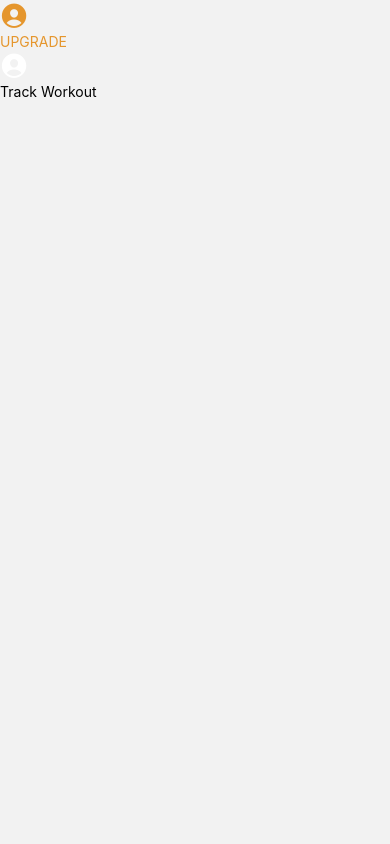
Repository: katjalmarko/React-Native-Fitness-App-with-Subscription
Screen: /
An editor plug-in stored every save of this project. The screen is shown before and after a run of saves, followed by the edit.
Pictures or frames that could not be fetched are drawn as grey boxes. The app was drawn by React Native's web renderer in a window 390 px wide. The project was rebuilt for these pictures with package versions that can differ from the ones it lists, and the page was loaded fresh each time.

Above is the screen before, as saved 2023-05-08 17:57:45.

### App.tsx
import { StatusBar } from 'expo-status-bar';
import { SafeAreaView, Text } from 'react-native';
import { NavigationContainer } from '@react-navigation/native';
import { createNativeStackNavigator } from '@react-navigation/native-stack';
import HomeScreen from './screens/HomeScreen';

const Stack = createNativeStackNavigator();

export default function App() {
  return (
    <NavigationContainer>
      <Stack.Navigator>
        <Stack.Screen
        options={{
          headerShown: false
        }}
        name="Home" component={HomeScreen} />
      </Stack.Navigator>
    </NavigationContainer>
  );
}

### screens/HomeScreen.tsx
import { Text, SafeAreaView, Image, TouchableOpacity, ScrollView } from 'react-native'
import { Ionicons } from '@expo/vector-icons';
import ActionRow from '../components/ActionRow';

const HomeScreen = () => {
  return (
    <SafeAreaView className='flex-1 bg-gray-100 relative'>
      {/* Scroll Zatiaľ nefunguje pre Android */}
      <ScrollView>
        {/* PRO/UPGRADE Button */}
        <TouchableOpacity className='absolute z-50 top-5 right-10 items-center'>
          <Ionicons name="person-circle" size={30} color="#E5962D" />
          <Text className='text-center' style={{color:"#E5962D"}}>UPGRADE</Text>
        </TouchableOpacity>

        <Image
          source={{ uri: "https://i.imgur.com/e14NE49.png" }}
          className='w-full h-64'
        />

        {/* ActionRow */}
        <ActionRow
          title="Track Workout"
          screen="Demo"
          color="#E5962D"
          icon="fitness"
          vertical
        />

        {/* ActionRow */}
        {/* ActionRow */}
        {/* ActionRow */}
        {/* ActionRow */}

      </ScrollView>
    </SafeAreaView>
  )
}

export default HomeScreen

### components/ActionRow.tsx
import { TouchableOpacity, Text } from 'react-native'
import { Ionicons } from '@expo/vector-icons';

type Props = {
  title: string;
  screen: any;
  color: string;
  requiresPro?: boolean;
  icon?: any;
  vertical?: boolean;
};

const ActionRow = ({ title, screen, color, requiresPro, icon, vertical }: Props) => {
  return (
    <TouchableOpacity className='' style={{}}>
      <Ionicons name="person-circle" size={30} color="white" />
      <Text>{title}</Text>
    </TouchableOpacity>
  )
}

export default ActionRow

After the next 4 saves:
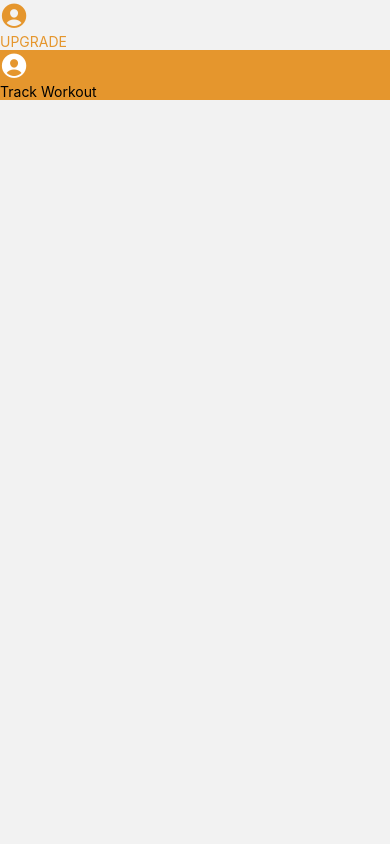
The 4 saves are shown as one change because they came seconds apart.
The last was saved 10 s later.
--- a/components/ActionRow.tsx
+++ b/components/ActionRow.tsx
@@ -12,7 +12,7 @@ type Props = {
 
 const ActionRow = ({ title, screen, color, requiresPro, icon, vertical }: Props) => {
   return (
-    <TouchableOpacity className='' style={{}}>
+    <TouchableOpacity className='' style={{ backgroundColor: color }}>
       <Ionicons name="person-circle" size={30} color="white" />
       <Text>{title}</Text>
     </TouchableOpacity>
